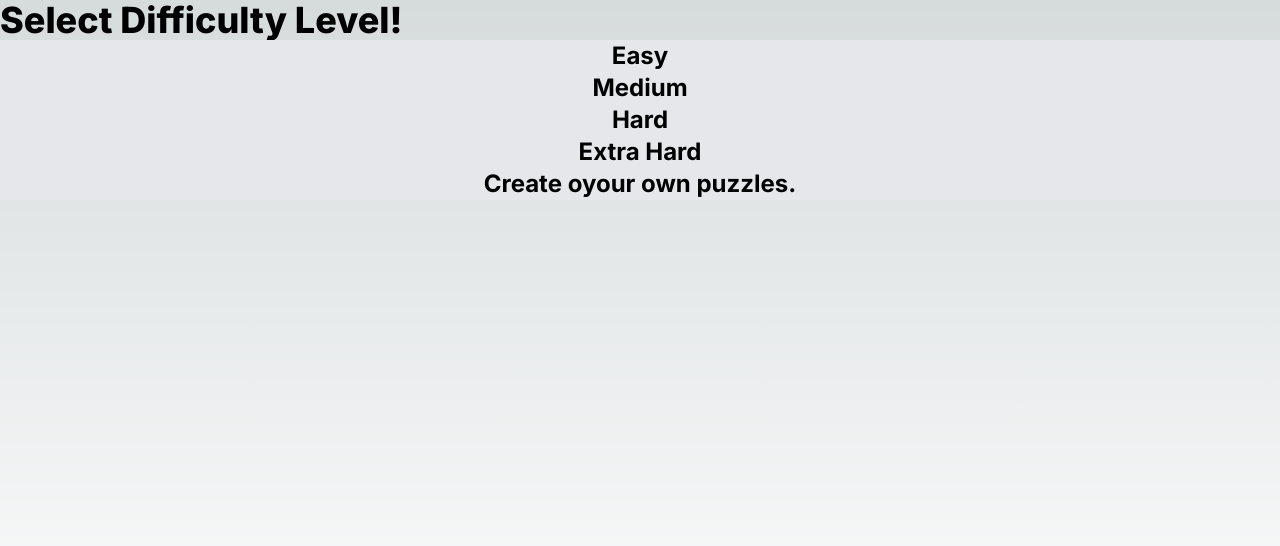
Repository: badhon252/sudoku
Page: /level
The author's editor kept a copy of each file at every save. The page is drawn from the files as they stood at one save, then again after the next save.
The browser window is 1280 px wide. The pictures show the whole page.
The project was rebuilt for these pictures with package versions that can differ from the ones it lists, and the page was loaded fresh each time. The framework's server and built-in components were replaced by stand-ins that run in the browser. Also part of the build but not shown: next.config.js.

Above is the page before, as saved 2023-06-04 21:50:08.

After the next save:
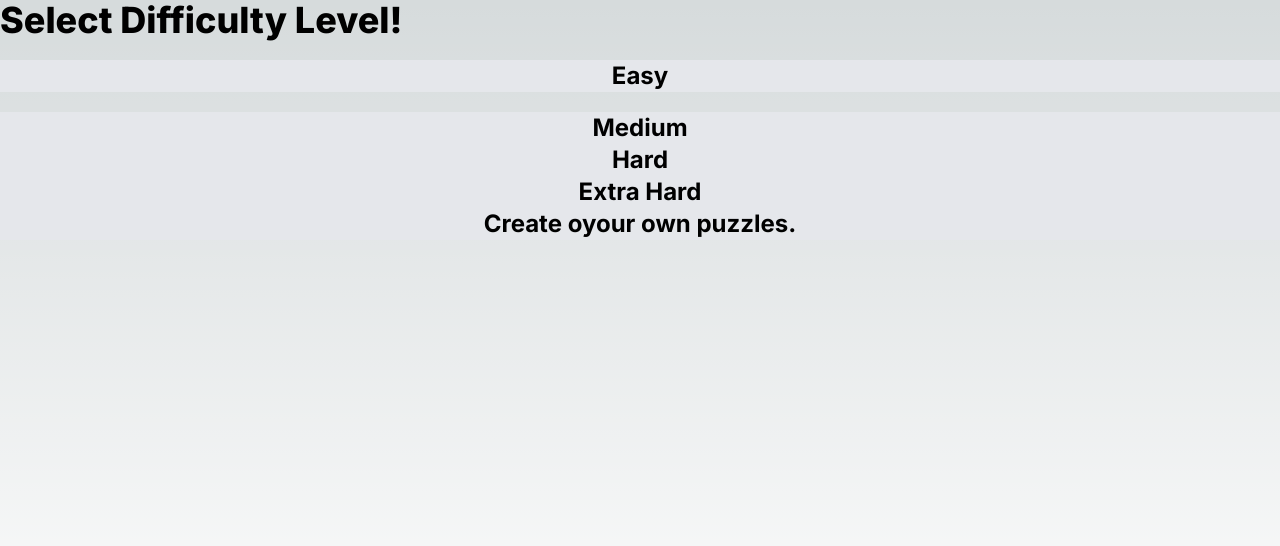
Saved 51 s later.
--- a/app/level/page.tsx
+++ b/app/level/page.tsx
@@ -4,7 +4,7 @@ export default function Level() {
   return (
     <div className='min-h-screen flex flex-col'>
         <h1 className='text-4xl font-extrabold'>Select Difficulty Level! </h1>
-        <button className='bg-gray-200 text-2xl font-bold'>Easy</button>
+        <button className='bg-gray-200 text-2xl font-bold my-5'>Easy</button>
         <button className='bg-gray-200 text-2xl font-bold'>Medium</button>
         <button className='bg-gray-200 text-2xl font-bold'>Hard</button>
         <button className='bg-gray-200 text-2xl font-bold'>Extra Hard</button>
